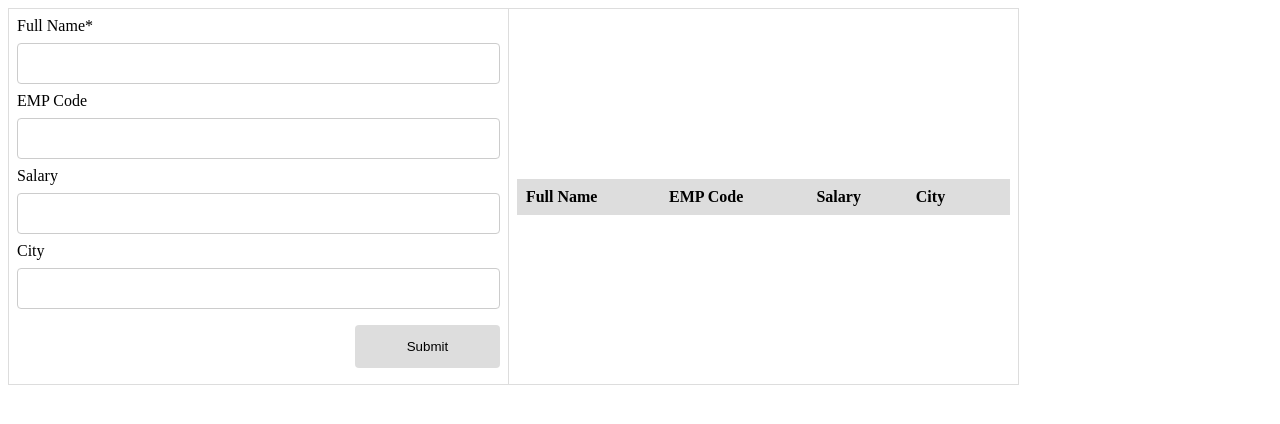
Repository: JohnRudolph1/CRUD-App
Page: index.html
The author's editor kept a copy of each file at every save. The page is drawn from the files as they stood at one save, then again after a run of saves.
The browser window is 1280 px wide. The pictures show the whole page.

Above is the page before, as saved 2021-12-10 22:32:37.

After the next 2 saves:
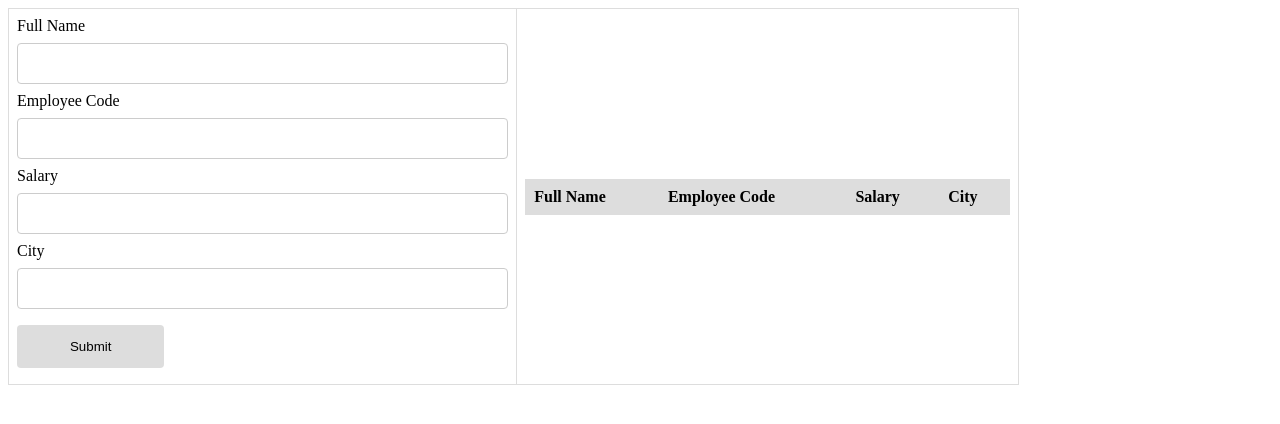
The 2 saves are shown as one change because they came seconds apart.
The last was saved 36 s later.
--- a/index.html
+++ b/index.html
@@ -1,25 +1,29 @@
 <!DOCTYPE html>
-<html>
+<html lang="en">
 
 <head>
-    <title>
-        Html CRUD with Pure JavaScript
-    </title>
+    <meta charset="UTF-8">
+    <meta http-equiv="X-UA-Compatible" content="IE=edge">
+    <meta name="viewport" content="width=device-width, initial-scale=1.0">
     <link rel="stylesheet" href="stylles.css">
+
+    <title>Document</title>
 </head>
 
 <body>
+
+
+
     <table>
         <tr>
             <td>
                 <form onsubmit="event.preventDefault();onFormSubmit();" autocomplete="off">
                     <div>
-                        <label>Full Name*</label><label class="validation-error hide" id="fullNameValidationError">This
-                            field is required.</label>
+                        <label>Full Name</label>
                         <input type="text" name="fullName" id="fullName">
                     </div>
                     <div>
-                        <label>EMP Code</label>
+                        <label>Employee Code</label>
                         <input type="text" name="empCode" id="empCode">
                     </div>
                     <div>
@@ -30,9 +34,10 @@
                         <label>City</label>
                         <input type="text" name="city" id="city">
                     </div>
-                    <div class="form-action-buttons">
+                    <div class="form action buttons">
                         <input type="submit" value="Submit">
                     </div>
+
                 </form>
             </td>
             <td>
@@ -40,10 +45,9 @@
                     <thead>
                         <tr>
                             <th>Full Name</th>
-                            <th>EMP Code</th>
+                            <th>Employee Code</th>
                             <th>Salary</th>
                             <th>City</th>
-                            <th></th>
                         </tr>
                     </thead>
                     <tbody>
@@ -53,7 +57,10 @@
             </td>
         </tr>
     </table>
+
+
     <script src="script.js"></script>
+
 </body>
 
 </html>
